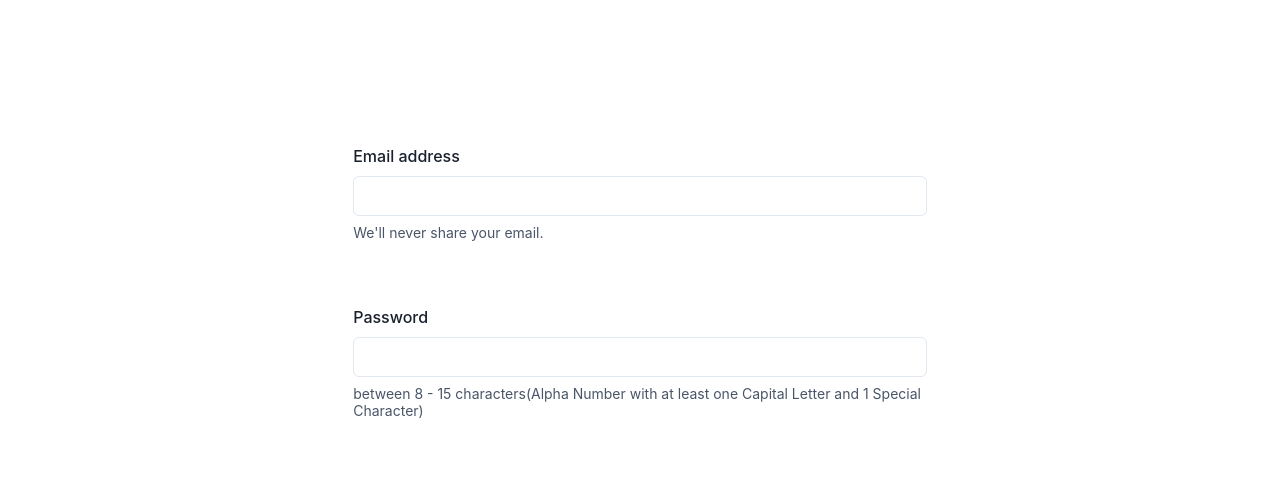
Repository: NeeleshRoy/synechron
Page: /
The author's editor kept a copy of each file at every save. The page is drawn from the files as they stood at one save, then again after the next save.
The browser window is 1280 px wide. The pictures show the whole page.
The project was rebuilt for these pictures with package versions that can differ from the ones it lists, and the page was loaded fresh each time.

Above is the page before, as saved 2023-02-04 16:22:38.

### src/index.js
import React from 'react';
import ReactDOM from 'react-dom/client';
import App from './App';

import { ChakraProvider } from '@chakra-ui/react'

const root = ReactDOM.createRoot(document.getElementById('root'));
root.render(
  <React.StrictMode>
      <ChakraProvider>
        <App />
      </ChakraProvider>
  </React.StrictMode>
);

### src/App.js
import Home from './components/Home';
import { Container } from '@chakra-ui/react';

function App() {
  return (
    <Container>
        <Home />
    </Container>
  );
}

export default App;

### src/components/Home.jsx
import React from 'react';
import {
  FormControl,
  FormLabel,
  Input,
  FormHelperText,
} from '@chakra-ui/react';

const Home = () => {
  return (
    <div>
          <FormControl mt={36}>
            <FormLabel>Email address</FormLabel>
            <Input type="email" />
            <FormHelperText>We'll never share your email.</FormHelperText>
          </FormControl>

          <FormControl mt={16}>
            <FormLabel>Password</FormLabel>
            <Input type="password" />
            <FormHelperText>between 8 - 15 characters(Alpha Number with at least one Capital Letter and 1 Special Character)</FormHelperText>
          </FormControl>
    </div>
  );
};

export default Home;

Loaded but not shown: public/index.html (common file)

After the next save:
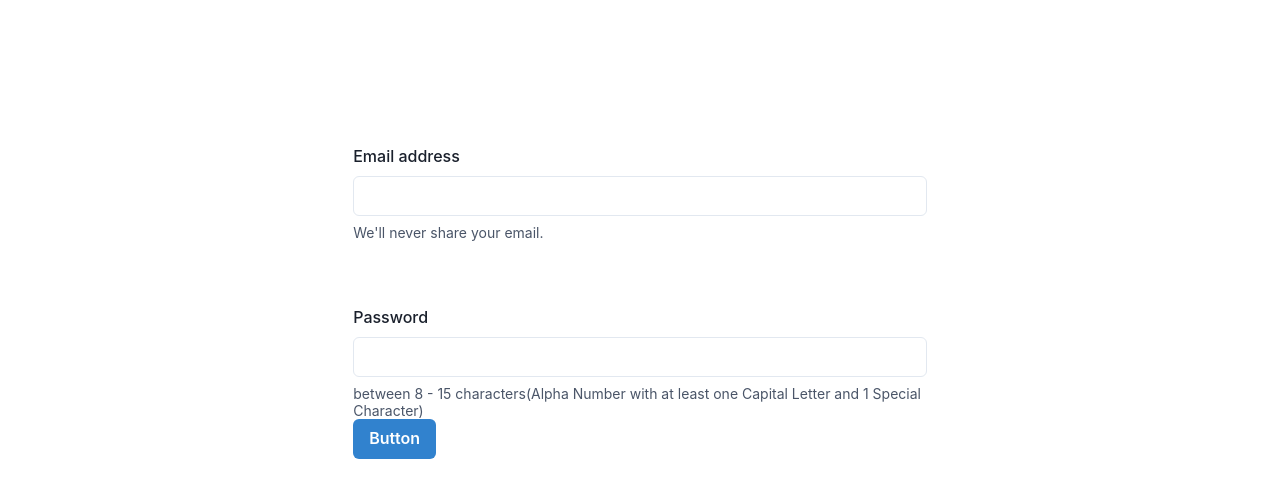
Saved 35 s later.
--- a/src/components/Home.jsx
+++ b/src/components/Home.jsx
@@ -4,6 +4,7 @@ import {
   FormLabel,
   Input,
   FormHelperText,
+  Button
 } from '@chakra-ui/react';
 
 const Home = () => {
@@ -20,6 +21,7 @@ const Home = () => {
             <Input type="password" />
             <FormHelperText>between 8 - 15 characters(Alpha Number with at least one Capital Letter and 1 Special Character)</FormHelperText>
           </FormControl>
+          <Button colorScheme='blue'>Button</Button>
     </div>
   );
 };
